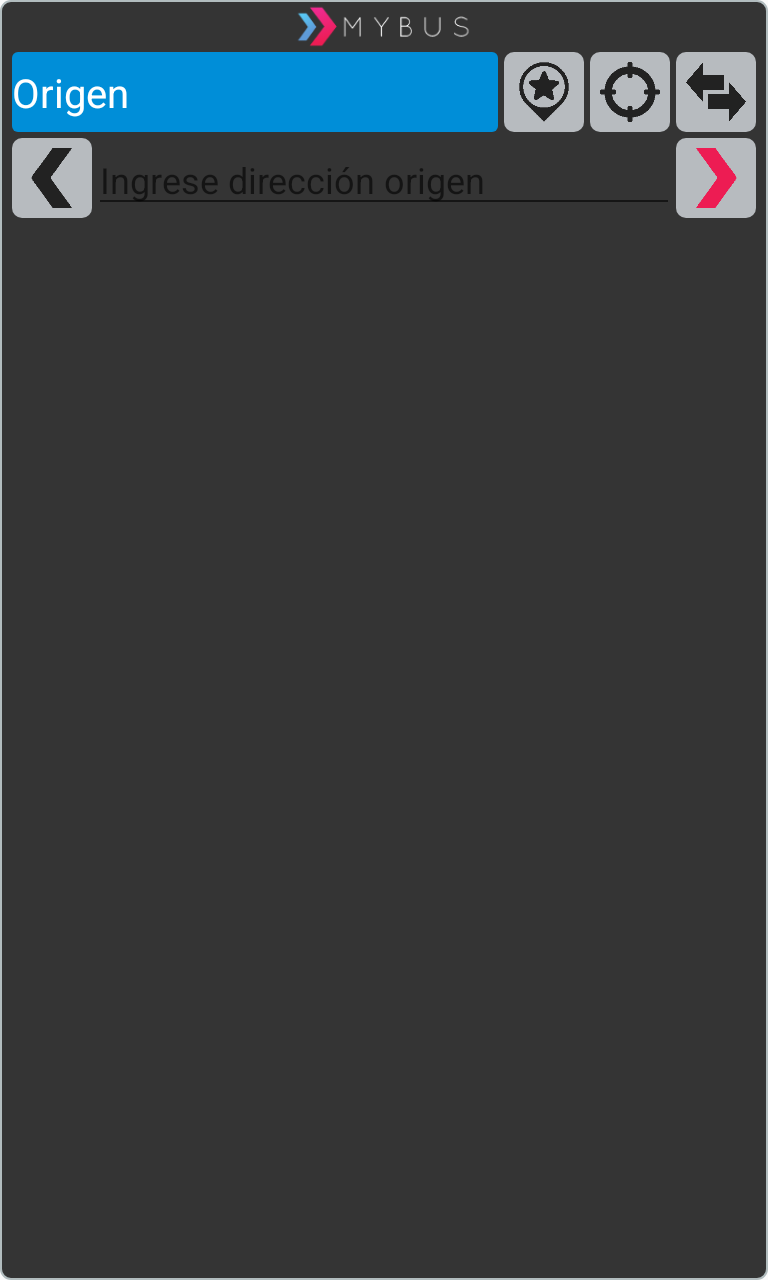
Repository: cooliopas/MyBus
Layout: MyBusAndroid/res/layout/fragment_filters.xml
An editor plug-in stored every save of this project. The layout is shown before and after the next save, followed by the edit.
It is drawn on a 768 x 1280 px phone screen (xhdpi) without system bars, with theme AppTheme; the app's code is not run.

Above is the layout before, as saved 2014-08-30 20:38:22.

After the next save:
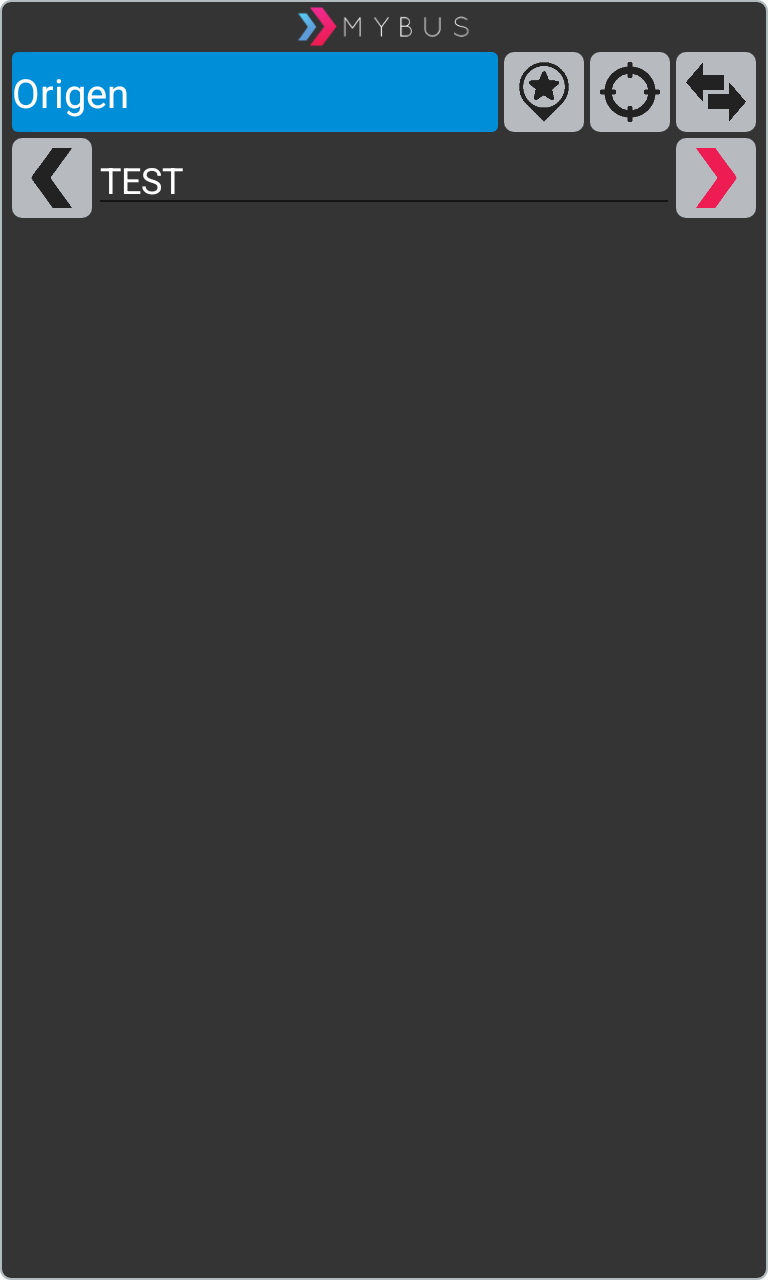
Saved 49 s later.
--- a/MyBusAndroid/res/layout/fragment_filters.xml
+++ b/MyBusAndroid/res/layout/fragment_filters.xml
@@ -142,6 +142,7 @@
                 android:ems="10"
                 android:hint="@string/IngreseOrigen"
                 android:inputType="textPersonName"
+                android:text="TEST"
                 android:textColor="@color/white"
                 android:typeface="sans" />
 
@@ -177,7 +178,7 @@
                 android:layout_width="match_parent"
                 android:layout_height="match_parent"
                 android:layout_weight="1"
-
+            android:hint="@string/IngreseDestino"
                 android:inputType="textPersonName"
                 android:text="TEST"
                 android:typeface="sans" />
